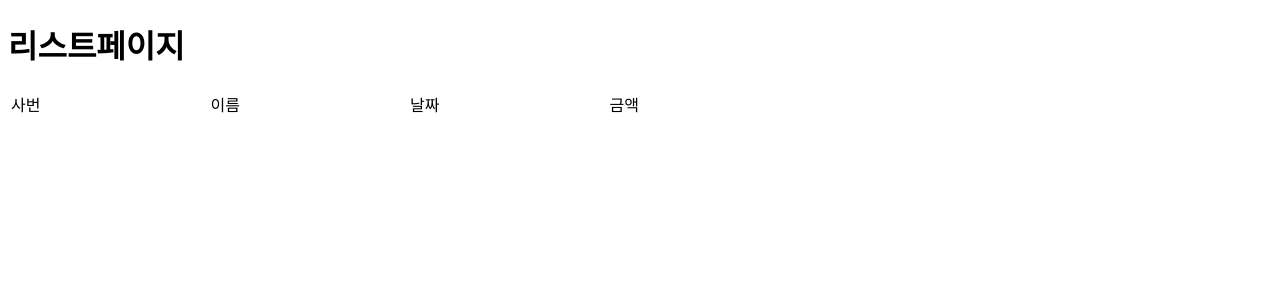
Repository: Lee-seongBeom/bitclass
Page: http://localhost/web09/emp/list.jsp?title=emp/add
These files come from the project's save history. The page is drawn as it stood at one moment and after the next save; the edit follows.
The browser window is 1280 px wide. The pictures show the whole page.
The page is served by Tomcat 9. Queries for data that is not in the repository find no rows.

Above is the page before, as saved 2020-07-08 02:04:50.

After the next save:
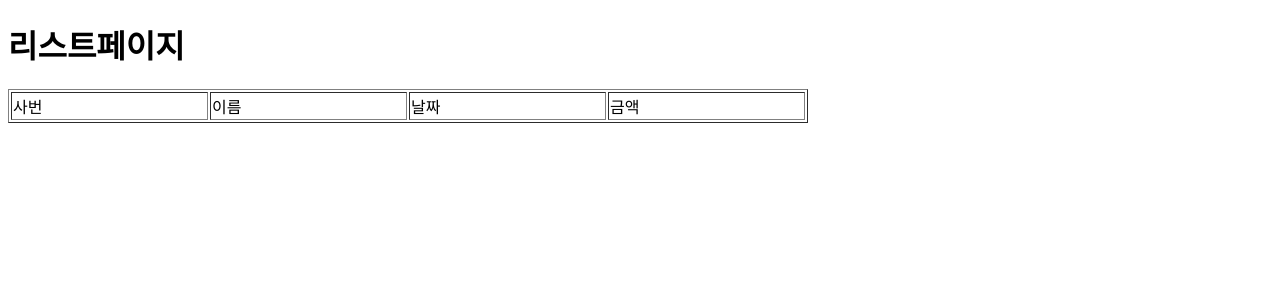
Saved 44 s later.
--- a/web/web09/WebContent/emp/list.jsp
+++ b/web/web09/WebContent/emp/list.jsp
@@ -36,7 +36,7 @@
 %>
 <body>
 	<h1>리스트페이지</h1>
-	<table width="800">
+	<table border="1" width="800">
 		<tr>
 			<td>사번</td>
 			<td>이름</td>
